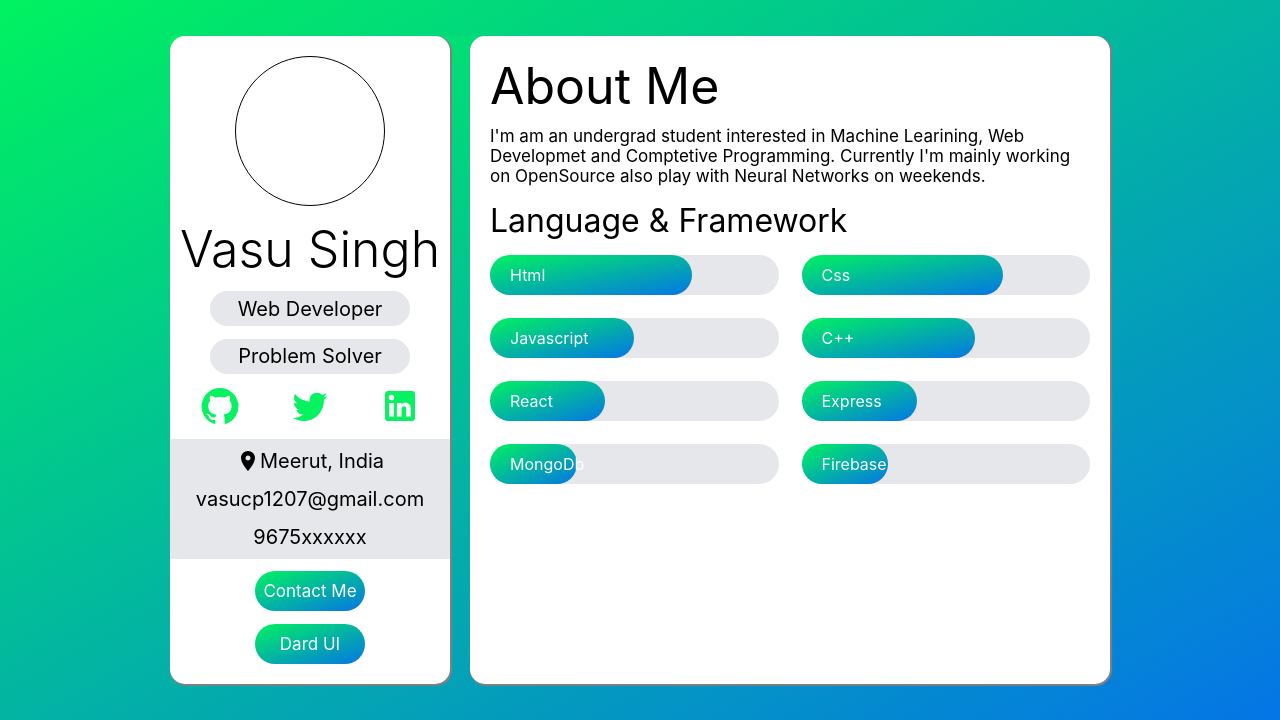
Repository: vasucp1207/grid-port
Page: /about
The author's editor kept a copy of each file at every save. The page is drawn from the files as they stood at one save, then again after a run of saves.
The browser window is 1280 px wide. The pictures show the whole page.
Some web fonts or font styles are not loaded; a fallback is used. The project was rebuilt for these pictures with package versions that can differ from the ones it lists, and the page was loaded fresh each time. Also part of the build but not shown: src/pages/Home.js, src/pages/Projects.js.

Above is the page before, as saved 2022-08-17 02:01:38.

After the next 2 saves:
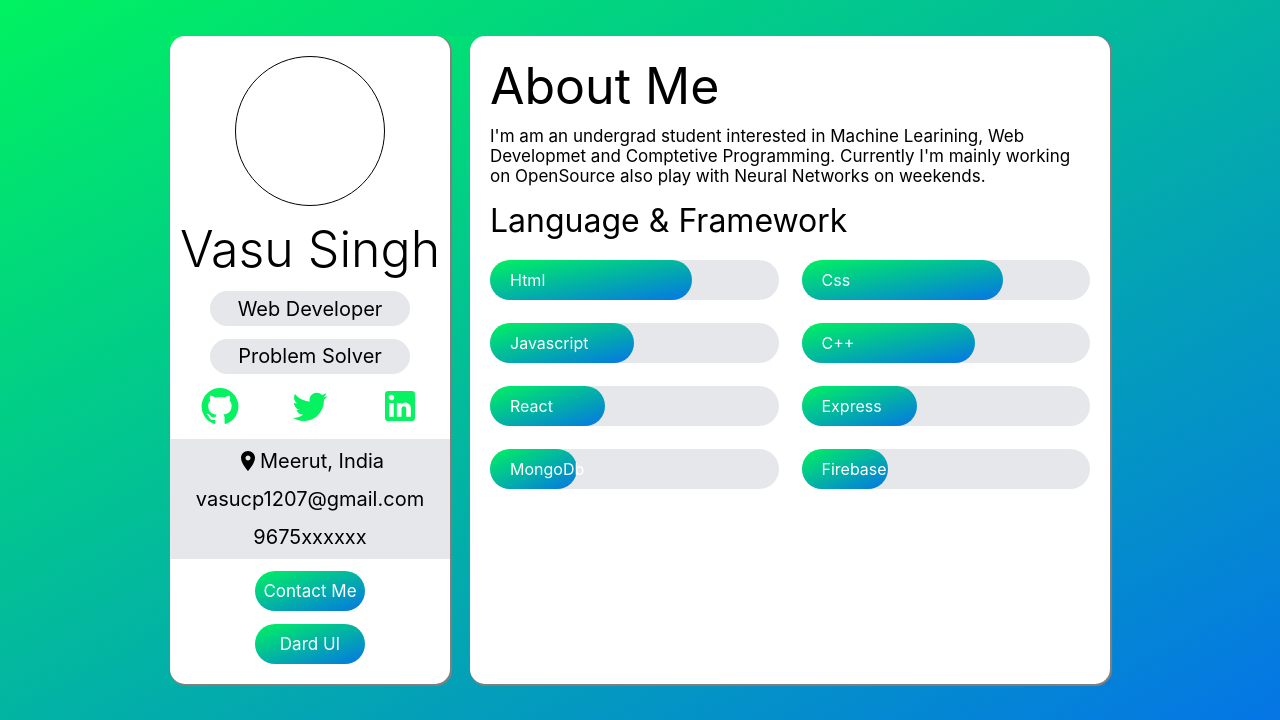
The 2 saves are shown as one change because they came seconds apart.
The last was saved 5 s later.
--- a/src/pages/AboutMe.js
+++ b/src/pages/AboutMe.js
@@ -194,7 +194,7 @@ const Right = styled.div`
 
     .skills{
         font-weight: 400;
-        margin-bottom: 15px;
+        margin-bottom: 20px;
     }
 
     .all-bar{
